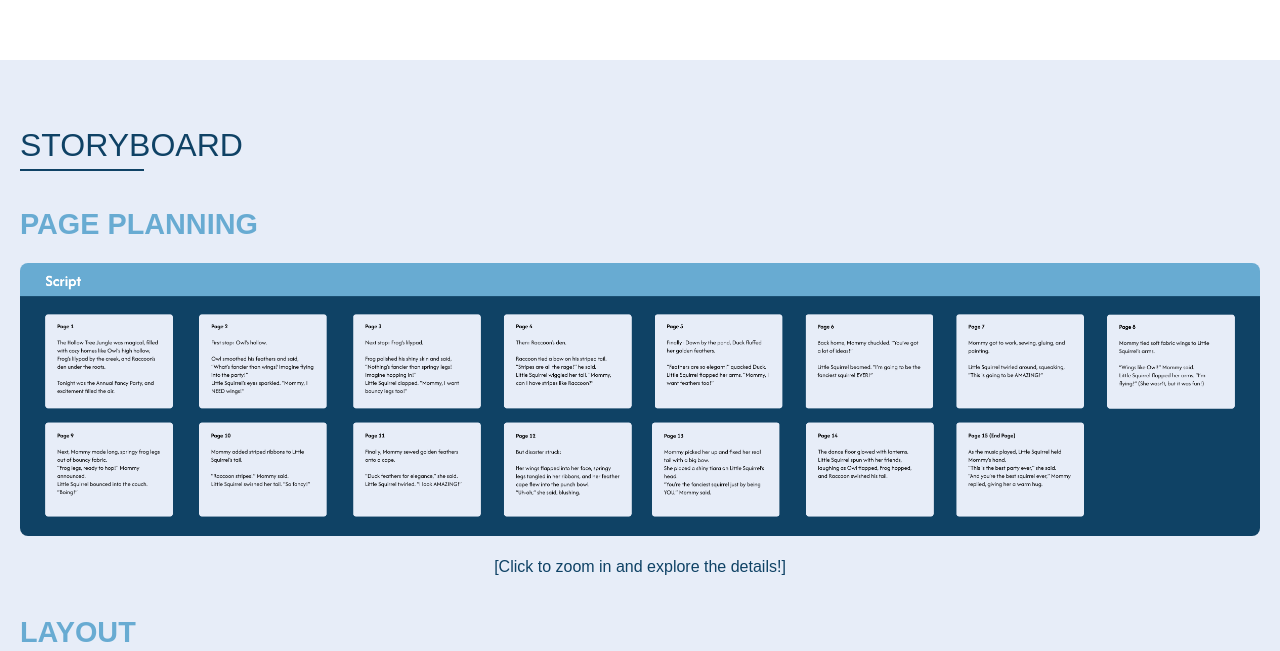
Repository: navnneett/nav-portfolio
Page: html/dance-party.html
These files come from the project's save history. The page is drawn as it stood at one moment and after the next save; the edit follows.
The browser window is 1280 px wide. The pictures show the part of the page from y = 1838 to 2489 px (the page is 4603 px tall).
A picture or video elsewhere on the page could not be fetched, so the positions and the page height are approximate. Some web libraries are served in a nearby version.

Above is the page before, as saved 2025-03-23 03:11:20.

After the next save:
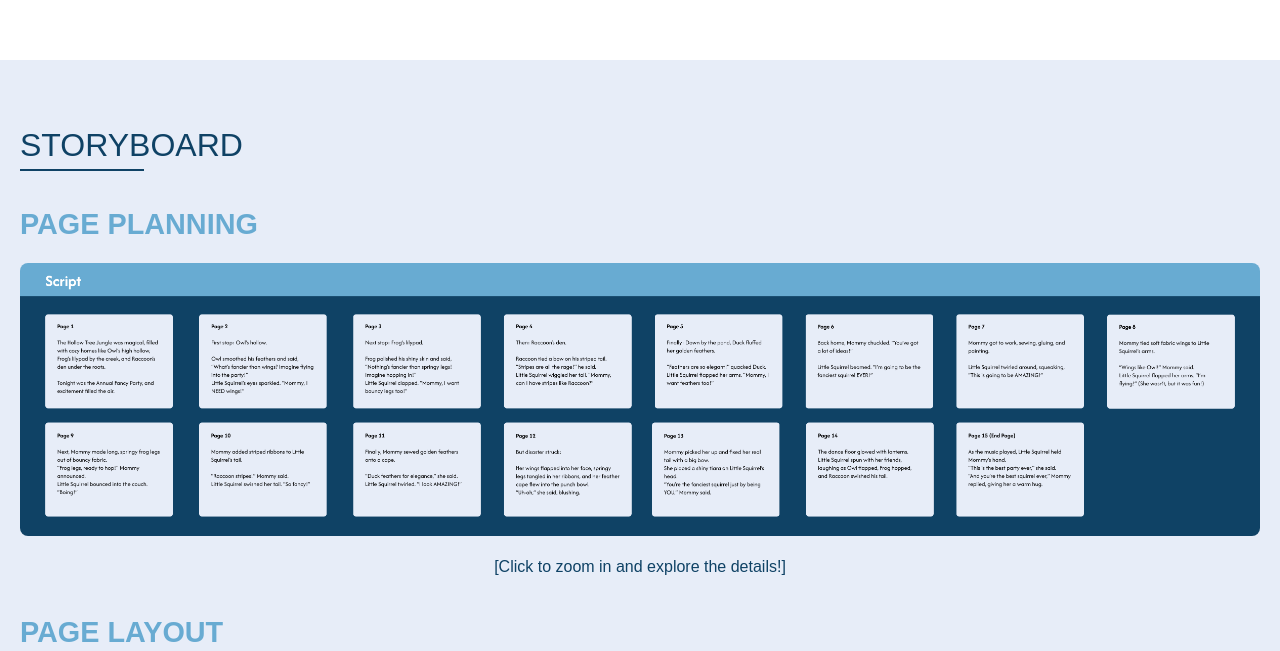
Saved 49 s later.
--- a/html/dance-party.html
+++ b/html/dance-party.html
@@ -129,7 +129,7 @@
                 <p>[Click to zoom in and explore the details!]</p>
 
                 <!-- Layout Subtitle -->
-                <h3 class="layout-subtitle">LAYOUT</h3>
+                <h3 class="layout-subtitle">PAGE LAYOUT</h3>
 
                 <!-- Two Columns with Images -->
                 <div class="layout-columns">
@@ -137,7 +137,7 @@
                         <img src="../img/dance-party/layout-all.jpg" alt="Layout" class="layout-img">
                     </div>
                     <div class="right-layout-column">
-                        <h4>Individual Page Layout</h4>
+
                             <div class="carousel">
                                 <div class="carousel-images">
                                     <img src="../img/dance-party/layout-carousel/1.png" alt="Concept Sketch 1" class="carousel-img">
